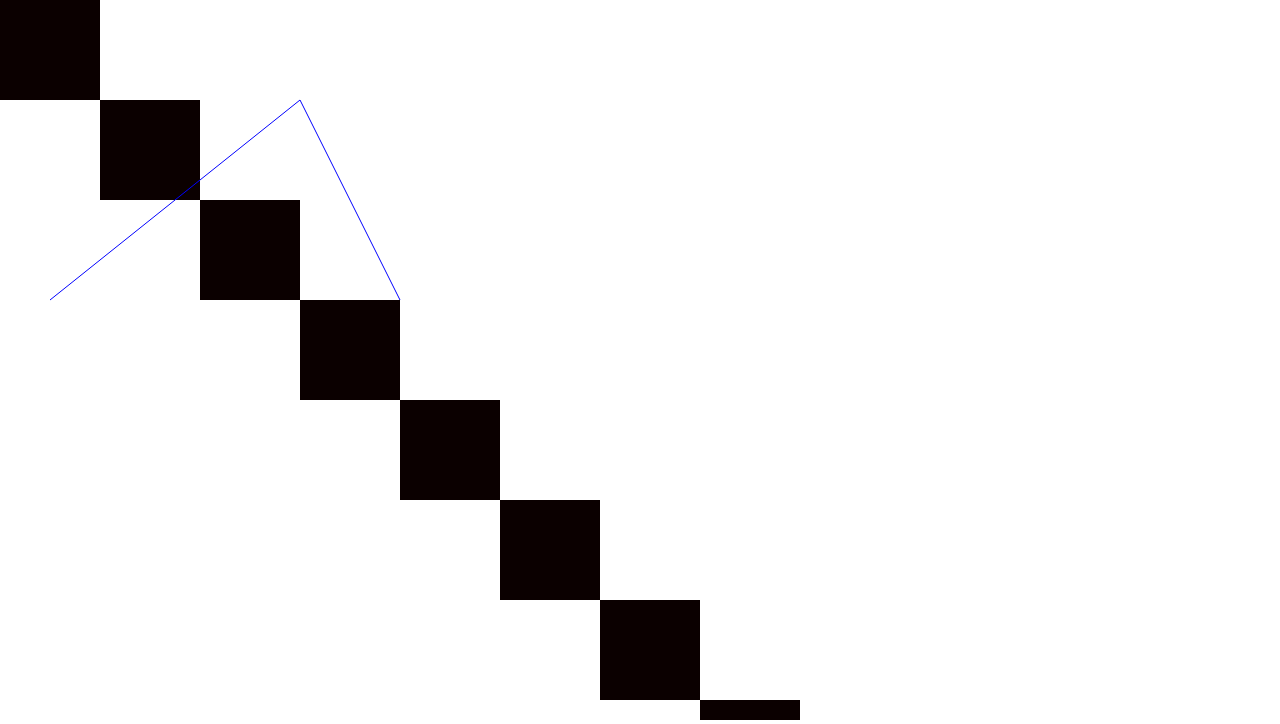
Repository: MikeTroianello/canvas-testing
Page: index.html
An editor plug-in stored every save of this project. The page is shown before and after the next save, followed by the edit.
The browser window is 1280 px wide. The pictures show the whole page.

Above is the page before, as saved 2019-06-04 22:27:05.

After the next save:
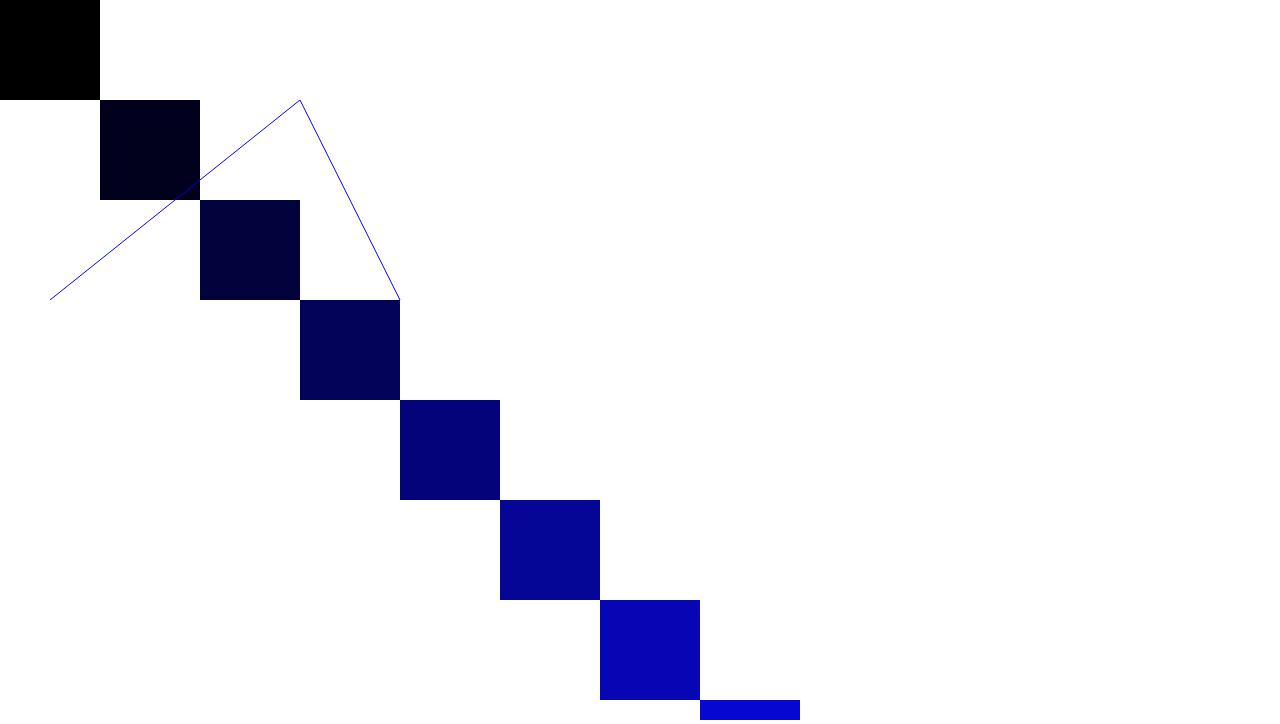
Saved 8 s later.
--- a/canvas.js
+++ b/canvas.js
@@ -7,7 +7,7 @@ canvas.height = window.innerHeight;
 var ctx = canvas.getContext('2d');
 
 for (let i = 0; i < canvas.width; i++) {
-  ctx.fillStyle = `rgba(11, 0, 0, 1)`;
+  ctx.fillStyle = `rgba(${i}, ${i}, ${i * 30}, 1)`;
   ctx.fillRect(i * 100, i * 100, 100, 100);
 }
 
